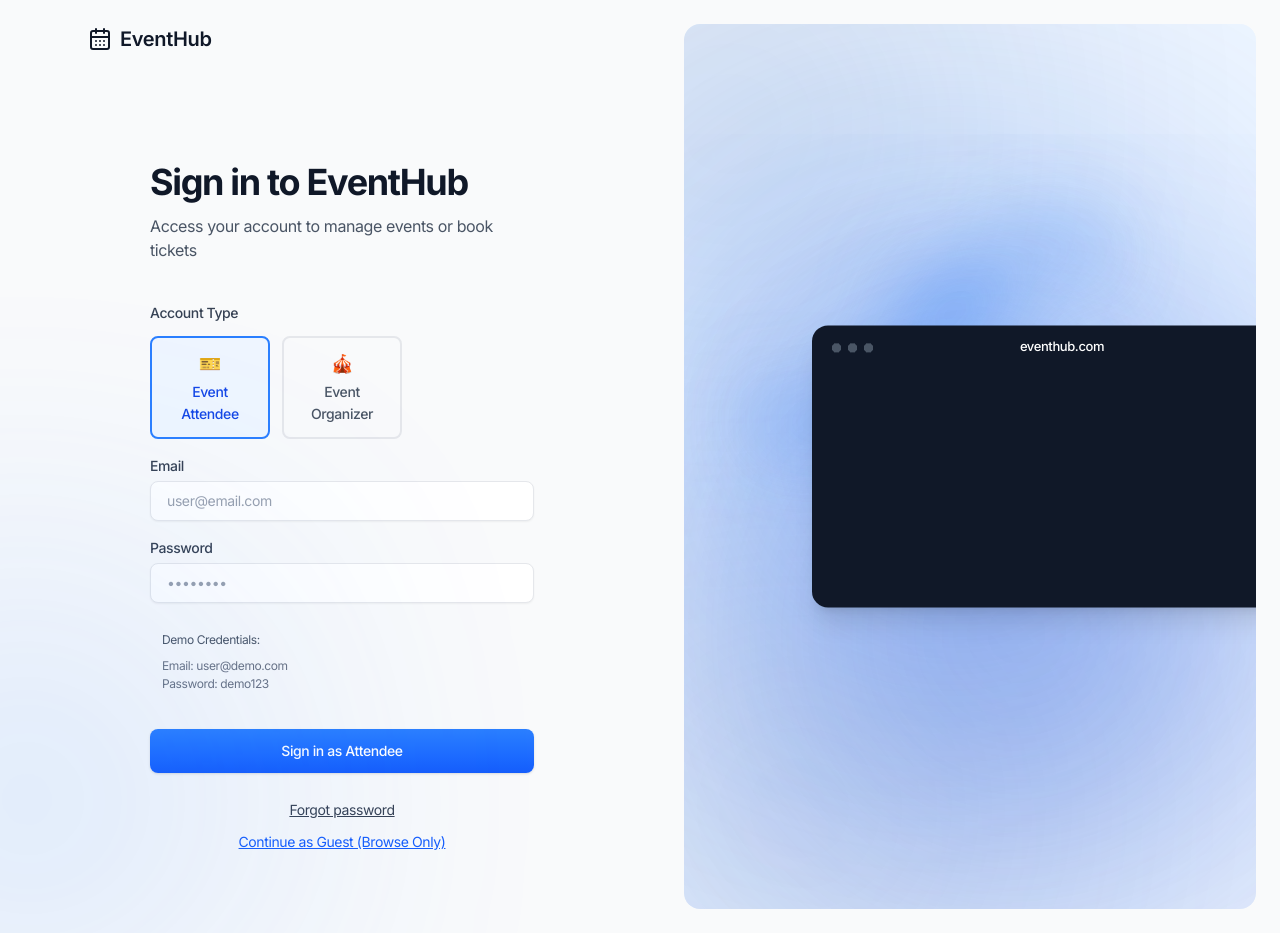
Repository: ghallymuhammad/eventhub-beta
Page: /signin
These files come from the project's save history. The page is drawn as it stood at one moment and after the next save; the edit follows.
The browser window is 1280 px wide. The pictures show the whole page.
The project was rebuilt for these pictures with package versions that can differ from the ones it lists, and the page was loaded fresh each time. The framework's server and built-in components were replaced by stand-ins that run in the browser. Also part of the build but not shown: next.config.js, components/ErrorBoundary.tsx.

Above is the page before, as saved 2025-10-07 13:41:54.

### app/layout.tsx
import "./css/style.css";

import { Inter } from "next/font/google";
import { Toaster } from "react-hot-toast";
import Providers from "@/components/providers/SessionProvider";
import ErrorBoundary from "@/components/ErrorBoundary";

const inter = Inter({
  subsets: ["latin"],
  variable: "--font-inter",
  display: "swap",
});

export const metadata = {
  title: "EventHub - Modern Event Management Platform",
  description: "Discover and book exciting events near you. EventHub offers seamless ticket purchasing, role-based access, and modern event management tools.",
};

export default function RootLayout({
  children,
}: {
  children: React.ReactNode;
}) {
  return (
    <html lang="en" className="scroll-smooth">
      <body
        className={`${inter.variable} bg-gray-50 font-inter tracking-tight text-gray-900 antialiased`}
      >
        <Providers>
          <ErrorBoundary>
            <div className="flex min-h-screen flex-col overflow-hidden supports-[overflow:clip]:overflow-clip">
              {children}
              <Toaster position="top-right" />
            </div>
          </ErrorBoundary>
        </Providers>
      </body>
    </html>
  );
}

### app/(auth)/layout.tsx
import Image from "next/image";
import Logo from "@/components/ui/logo";
import AuthBg from "@/public/images/auth-bg.svg";

export default function AuthLayout({
  children,
}: {
  children: React.ReactNode;
}) {
  return (
    <>
      <header className="absolute z-30 w-full">
        <div className="mx-auto max-w-6xl px-4 sm:px-6">
          <div className="flex h-16 items-center justify-between md:h-20">
            {/* Site branding */}
            <div className="mr-4 shrink-0">
              <Logo />
            </div>
          </div>
        </div>
      </header>

      <main className="relative flex grow">
        <div
          className="pointer-events-none absolute bottom-0 left-0 -translate-x-1/3"
          aria-hidden="true"
        >
          <div className="h-80 w-80 rounded-full bg-linear-to-tr from-blue-500 opacity-70 blur-[160px]"></div>
        </div>

        {/* Content */}
        <div className="w-full">
          <div className="flex h-full flex-col justify-center before:min-h-[4rem] before:flex-1 after:flex-1 md:before:min-h-[5rem]">
            <div className="px-4 sm:px-6">
              <div className="mx-auto w-full max-w-sm">
                <div className="py-16 md:py-20">{children}</div>
              </div>
            </div>
          </div>
        </div>

        <>
          {/* Right side */}
          <div className="relative my-6 mr-6 hidden w-[572px] shrink-0 overflow-hidden rounded-2xl lg:block">
            {/* Background */}
            <div
              className="pointer-events-none absolute left-1/2 top-1/2 -z-10 -ml-24 -translate-x-1/2 -translate-y-1/2 bg-blue-50"
              aria-hidden="true"
            >
              <Image
                src={AuthBg}
                className="max-w-none"
                width={1285}
                height={1684}
                alt="Auth bg"
              />
            </div>
            {/* Illustration */}
            <div className="absolute left-32 top-1/2 w-[500px] -translate-y-1/2">
              <div className="aspect-video w-full rounded-2xl bg-gray-900 px-5 py-3 shadow-xl transition duration-300">
                <div className="relative mb-8 flex items-center justify-between before:block before:h-[9px] before:w-[41px] before:bg-[length:16px_9px] before:[background-image:radial-gradient(circle_at_4.5px_4.5px,var(--color-gray-600)_4.5px,transparent_0)] after:w-[41px]">
                  <span className="text-[13px] font-medium text-white">
                    eventhub.com
                  </span>
                </div>
                <div className="font-mono text-sm text-gray-500 transition duration-300 [&_span]:opacity-0">
                  <span className="animate-[code-1_10s_infinite] text-gray-200">
                    npm login
                  </span>{" "}
                  <span className="animate-[code-2_10s_infinite]">
                    --registry=https://npm.pkg.github.com
                  </span>
                  <br />
                  <span className="animate-[code-3_10s_infinite]">
                    --scope=@phanatic
                  </span>{" "}
                  <span className="animate-[code-4_10s_infinite]">
                    Successfully logged-in.
                  </span>
                  <br />
                  <br />
                  <span className="animate-[code-5_10s_infinite] text-gray-200">
                    npm publish
                  </span>
                  <br />
                  <span className="animate-[code-6_10s_infinite]">
                    Package published.
                  </span>
                </div>
              </div>
            </div>
          </div>
        </>
      </main>
    </>
  );
}

### app/(auth)/signin/page.tsx
'use client';

import Link from "next/link";
import { useState } from "react";
import { useRouter } from "next/navigation";
import { signIn, getSession } from "next-auth/react";

export default function SignIn() {
  const [email, setEmail] = useState('');
  const [password, setPassword] = useState('');
  const [role, setRole] = useState('user'); // user, organizer
  const [isLoading, setIsLoading] = useState(false);
  const [error, setError] = useState('');
  const router = useRouter();

  const handleSubmit = async (e: React.FormEvent) => {
    e.preventDefault();
    setIsLoading(true);
    setError('');

    try {
      // For testing purposes, create a mock signin that works with our burger menu
      // In production, this would authenticate against the database
      if (email && password) {

        // Mock user data based on email for testing
        const mockUserData = {
          email,
          role: role.toUpperCase(), // Convert to match enum
          name: role === 'organizer' ? 'Music Events Indonesia' : 'Ahmad Rahman',
          id: '1'
        };

        // Store in session storage for mock session
        sessionStorage.setItem('mockUser', JSON.stringify(mockUserData));

        // For now, we'll use a simple redirect since the database isn't set up
        // Redirect based on role
        if (role === 'organizer') {
          router.push('/organizer');
        } else {
          router.push('/');
        }

        // Force page refresh to update session state
        window.location.reload();
      } else {
        setError('Please fill in all fields');
      }
    } catch (error) {
      console.error('Sign in error:', error);
      setError('Sign in failed. Please try again.');
    } finally {
      setIsLoading(false);
    }
  };

  return (
    <>
      <div className="mb-10">
        <h1 className="text-4xl font-bold">Sign in to EventHub</h1>
        <p className="text-gray-600 mt-2">
          Access your account to manage events or book tickets
        </p>
      </div>

      {/* Form */}
      <form onSubmit={handleSubmit}>
        <div className="space-y-4">
          {/* Role Selection */}
          <div>
            <label className="mb-3 block text-sm font-medium text-gray-700">
              Account Type
            </label>
            <div className="grid grid-cols-3 gap-3">
              <button
                type="button"
                onClick={() => setRole('user')}
                className={`p-3 text-sm font-medium rounded-lg border-2 transition-colors ${
                  role === 'user'
                    ? 'border-blue-500 bg-blue-50 text-blue-700'
                    : 'border-gray-200 text-gray-600 hover:border-gray-300'
                }`}
              >
                <div className="text-center">
                  <div className="text-lg mb-1">🎫</div>
                  <div>Event Attendee</div>
                </div>
              </button>
              <button
                type="button"
                onClick={() => setRole('organizer')}
                className={`p-3 text-sm font-medium rounded-lg border-2 transition-colors ${
                  role === 'organizer'
                    ? 'border-blue-500 bg-blue-50 text-blue-700'
                    : 'border-gray-200 text-gray-600 hover:border-gray-300'
                }`}
              >
                <div className="text-center">
                  <div className="text-lg mb-1">🎪</div>
                  <div>Event Organizer</div>
                </div>
              </button>
            </div>
          </div>

          <div>
            <label
              className="mb-1 block text-sm font-medium text-gray-700"
              htmlFor="email"
            >
              Email
            </label>
            <input
              className="form-input w-full py-2"
              id="email"
              type="email"
              value={email}
              onChange={(e) => setEmail(e.target.value)}
              placeholder={role === 'organizer' ? 'organizer@eventcompany.com' : 'user@email.com'}
              required
            />
          </div>
          <div>
            <label
              className="mb-1 block text-sm font-medium text-gray-700"
              htmlFor="password"
            >
              Password
            </label>
            <input
              className="form-input w-full py-2"
              id="password"
              type="password"
              value={password}
              onChange={(e) => setPassword(e.target.value)}
              autoComplete="current-password"
              placeholder="••••••••"
              required
            />
          </div>
        </div>

        {/* Demo Credentials */}
        <div className="mt-4 p-3 bg-gray-50 rounded-lg">
          <p className="text-xs text-gray-600 mb-2">Demo Credentials:</p>
          {role === 'user' ? (
            <div className="text-xs text-gray-500">
              <div>Email: user@demo.com</div>
              <div>Password: demo123</div>
            </div>
          ) : (
            <div className="text-xs text-gray-500">
              <div>Email: organizer@demo.com</div>
              <div>Password: admin123</div>
            </div>
          )}
        </div>

        {/* Error Message */}
        {error && (
          <div className="mt-4 p-3 bg-red-50 border border-red-200 rounded-lg">
            <p className="text-sm text-red-600">{error}</p>
          </div>
        )}

        <div className="mt-6">
          <button
            type="submit"
            disabled={isLoading}
            className="btn w-full bg-linear-to-t from-blue-600 to-blue-500 bg-[length:100%_100%] bg-[bottom] text-white shadow-sm hover:bg-[length:100%_150%] disabled:opacity-50 disabled:cursor-not-allowed"
          >
            {isLoading ? 'Signing in...' : `Sign in as ${role === 'organizer' ? 'Organizer' : 'Attendee'}`}
          </button>
        </div>
      </form>

      {/* Bottom links */}
      <div className="mt-6 text-center space-y-2">
        <div>
          <Link
            className="text-sm text-gray-700 underline hover:no-underline"
            href="/reset-password"
          >
            Forgot password
          </Link>
        </div>
        <div>
          <Link
            className="text-sm text-blue-600 underline hover:no-underline"
            href="/"
          >
            Continue as Guest (Browse Only)
          </Link>
        </div>
      </div>
    </>
  );
}

### app/css/style.css
@import 'tailwindcss';

/* Additional styles */
@import './additional-styles/utility-patterns.css' layer(components);
@import './additional-styles/theme.css';

/* Modern smooth animations */
@keyframes fadeInUp {
  from {
    opacity: 0;
    transform: translateY(30px);
  }
  to {
    opacity: 1;
    transform: translateY(0);
  }
}

@keyframes fadeIn {
  from {
    opacity: 0;
  }
  to {
    opacity: 1;
  }
}

@keyframes pulse-soft {
  0%, 100% {
    opacity: 0.3;
  }
  50% {
    opacity: 0.6;
  }
}

/* Smooth scrolling */
html {
  scroll-behavior: smooth;
}

/* Custom backdrop blur */
.backdrop-blur-xs {
  backdrop-filter: blur(2px);
}

/* Custom button animations */
.btn-hover-lift {
  transition: all 0.3s cubic-bezier(0.4, 0, 0.2, 1);
}

.btn-hover-lift:hover {
  transform: translateY(-2px);
  box-shadow: 0 10px 25px -3px rgba(0, 0, 0, 0.1), 0 4px 6px -2px rgba(0, 0, 0, 0.05);
}

@plugin "@tailwindcss/forms" {
  strategy: base;
}

@theme {
  --font-inter: Inter, sans-serif;
  --font-mono: Roboto Mono, monospace;

  --text-xs: 0.75rem;
  --text-xs--line-height: 1.5;
  --text-sm: 0.875rem;
  --text-sm--line-height: 1.5715;
  --text-base: 1rem;
  --text-base--line-height: 1.5;
  --text-base--letter-spacing: -0.017em;
  --text-lg: 1.125rem;
  --text-lg--line-height: 1.5;
  --text-lg--letter-spacing: -0.017em;
  --text-xl: 1.25rem;
  --text-xl--line-height: 1.5;
  --text-xl--letter-spacing: -0.017em;
  --text-2xl: 1.5rem;
  --text-2xl--line-height: 1.415;
  --text-2xl--letter-spacing: -0.037em;
  --text-3xl: 1.875rem;
  --text-3xl--line-height: 1.3333;
  --text-3xl--letter-spacing: -0.037em;
  --text-4xl: 2.25rem;
  --text-4xl--line-height: 1.2777;
  --text-4xl--letter-spacing: -0.037em;
  --text-5xl: 3rem;
  --text-5xl--line-height: 1;
  --text-5xl--letter-spacing: -0.037em;
  --text-6xl: 4rem;
  --text-6xl--line-height: 1;
  --text-6xl--letter-spacing: -0.037em;
  --text-7xl: 4.5rem;
  --text-7xl--line-height: 1;
  --text-7xl--letter-spacing: -0.037em;

  --animate-code-1: code-1;
  --animate-code-2: code-2;
  --animate-code-3: code-3;
  --animate-code-4: code-4;
  --animate-code-5: code-5;
  --animate-code-6: code-6;
  --animate-breath: breath;
  --animate-float: float;
  --animate-line: line;
  --animate-infinite-scroll: infinite-scroll;

  @keyframes code-1 {
    0% {
      opacity: 0;
    }
    2.5% {
      opacity: 1;
    }
    97.5% {
      opacity: 1;
    }
    100% {
      opacity: 0;
    }
  }
  @keyframes code-2 {
    16.2% {
      opacity: 0;
    }
    18.75% {
      opacity: 1;
    }
    97.5% {
      opacity: 1;
    }
    100% {
      opacity: 0;
    }
  }
  @keyframes code-3 {
    32.5% {
      opacity: 0;
    }
    35% {
      opacity: 1;
    }
    97.5% {
      opacity: 1;
    }
    100% {
      opacity: 0;
    }
  }
  @keyframes code-4 {
    48.75% {
      opacity: 0;
    }
    51.25% {
      opacity: 1;
    }
    97.5% {
      opacity: 1;
    }
    100% {
      opacity: 0;
    }
  }
  @keyframes code-5 {
    65% {
      opacity: 0;
    }
    72.5% {
      opacity: 1;
    }
    97.5% {
      opacity: 1;
    }
    100% {
      opacity: 0;
    }
  }
  @keyframes code-6 {
    81.25% {
      opacity: 0;
    }
    83.75% {
      opacity: 1;
    }
    97.5% {
      opacity: 1;
    }
    100% {
      opacity: 0;
    }
  }
  @keyframes breath {
    0%,
    100% {
      transform: scale(0.95);
    }
    50% {
      transform: scale(1.1);
    }
  }
  @keyframes float {
    0%,
    100% {
      transform: translateY(0);
    }
    50% {
      transform: translateY(-5%);
    }
  }
  @keyframes line {
    0%,
    100% {
      left: 0;
      opacity: 0;
    }
    50% {
      left: 100%;
      transform: translateX(-100%);
    }
    10%,
    40%,
    60%,
    90% {
      opacity: 0;
    }
    25%,
    75% {
      opacity: 1;
    }
  }
  @keyframes infinite-scroll {
    from {
      transform: translateX(0);
    }
    to {
      transform: translateX(-100%);
    }
  }
}

/*
  The default border color has changed to `currentColor` in Tailwind CSS v4,
  so we've added these compatibility styles to make sure everything still
  looks the same as it did with Tailwind CSS v3.

  If we ever want to remove these styles, we need to add an explicit border
  color utility to any element that depends on these defaults.
*/
@layer base {
  *,
  ::after,
  ::before,
  ::backdrop,
  ::file-selector-button {
    border-color: var(--color-gray-200, currentColor);
  }
}

### components/providers/SessionProvider.tsx
'use client';

import { SessionProvider } from 'next-auth/react';
import { ReactNode } from 'react';

interface Props {
  children: ReactNode;
}

export default function Providers({ children }: Props) {
  return (
    <SessionProvider>
      {children}
    </SessionProvider>
  );
}

### components/ui/logo.tsx
import Link from "next/link";

export default function Logo() {
  return (
    <Link href="/" className="inline-flex items-center space-x-2 group" aria-label="EventHub">
      <svg
        xmlns="http://www.w3.org/2000/svg"
        width="24"
        height="24"
        viewBox="0 0 24 24"
        fill="none"
        stroke="currentColor"
        strokeWidth="2"
        strokeLinecap="round"
        strokeLinejoin="round"
        className="text-gray-900 group-hover:text-blue-600 transition-colors duration-200"
      >
        <path d="M8 2v4"/>
        <path d="M16 2v4"/>
        <rect width="18" height="18" x="3" y="4" rx="2"/>
        <path d="M3 10h18"/>
        <path d="M8 14h.01"/>
        <path d="M12 14h.01"/>
        <path d="M16 14h.01"/>
        <path d="M8 18h.01"/>
        <path d="M12 18h.01"/>
        <path d="M16 18h.01"/>
      </svg>
      <span className="text-xl font-semibold text-gray-900 group-hover:text-blue-600 transition-colors duration-200">
        EventHub
      </span>
    </Link>
  );
}

### app/css/additional-styles/theme.css
/* Scrollspy links */
[data-scrollspy-link].scrollspy-active {
  @apply text-blue-500 font-medium;
}

/* Custom AOS animations */
[data-aos="zoom-y-out"] {
transform: scaleX(1.03);
opacity: 0;
transition-property: transform, opacity;
}

@media screen {
  html:not(.no-js) body [data-aos=fade-up] {
      -webkit-transform: translate3d(0, 10px, 0);
      transform: translate3d(0, 10px, 0);
  }

  html:not(.no-js) body [data-aos=fade-down] {
      -webkit-transform: translate3d(0, -10px, 0);
      transform: translate3d(0, -10px, 0);
  }

  html:not(.no-js) body [data-aos=fade-right] {
      -webkit-transform: translate3d(-10px, 0, 0);
      transform: translate3d(-10px, 0, 0);
  }

  html:not(.no-js) body [data-aos=fade-left] {
      -webkit-transform: translate3d(10px, 0, 0);
      transform: translate3d(10px, 0, 0);
  }

  html:not(.no-js) body [data-aos=fade-up-right] {
      -webkit-transform: translate3d(-10px, 10px, 0);
      transform: translate3d(-10px, 10px, 0);
  }

  html:not(.no-js) body [data-aos=fade-up-left] {
      -webkit-transform: translate3d(10px, 10px, 0);
      transform: translate3d(10px, 10px, 0);
  }

  html:not(.no-js) body [data-aos=fade-down-right] {
      -webkit-transform: translate3d(-10px, -10px, 0);
      transform: translate3d(-10px, -10px, 0);
  }

  html:not(.no-js) body [data-aos=fade-down-left] {
      -webkit-transform: translate3d(10px, -10px, 0);
      transform: translate3d(10px, -10px, 0);
  }

  html:not(.no-js) body [data-aos=zoom-in-up] {
      -webkit-transform: translate3d(0, 10px, 0) scale(.6);
      transform: translate3d(0, 10px, 0) scale(.6);
  }

  html:not(.no-js) body [data-aos=zoom-in-down] {
      -webkit-transform: translate3d(0, -10px, 0) scale(.6);
      transform: translate3d(0, -10px, 0) scale(.6);
  }

  html:not(.no-js) body [data-aos=zoom-in-right] {
      -webkit-transform: translate3d(-10px, 0, 0) scale(.6);
      transform: translate3d(-10px, 0, 0) scale(.6);
  }

  html:not(.no-js) body [data-aos=zoom-in-left] {
      -webkit-transform: translate3d(10px, 0, 0) scale(.6);
      transform: translate3d(10px, 0, 0) scale(.6);
  }

  html:not(.no-js) body [data-aos=zoom-out-up] {
      -webkit-transform: translate3d(0, 10px, 0) scale(1.2);
      transform: translate3d(0, 10px, 0) scale(1.2);
  }

  html:not(.no-js) body [data-aos=zoom-out-down] {
      -webkit-transform: translate3d(0, -10px, 0) scale(1.2);
      transform: translate3d(0, -10px, 0) scale(1.2);
  }

  html:not(.no-js) body [data-aos=zoom-out-right] {
      -webkit-transform: translate3d(-10px, 0, 0) scale(1.2);
      transform: translate3d(-10px, 0, 0) scale(1.2);
  }

  html:not(.no-js) body [data-aos=zoom-out-left] {
      -webkit-transform: translate3d(10px, 0, 0) scale(1.2);
      transform: translate3d(10px, 0, 0) scale(1.2);
  }
}

Loaded but not shown: app/css/additional-styles/utility-patterns.css (371 lines, source omitted)

After the next save:
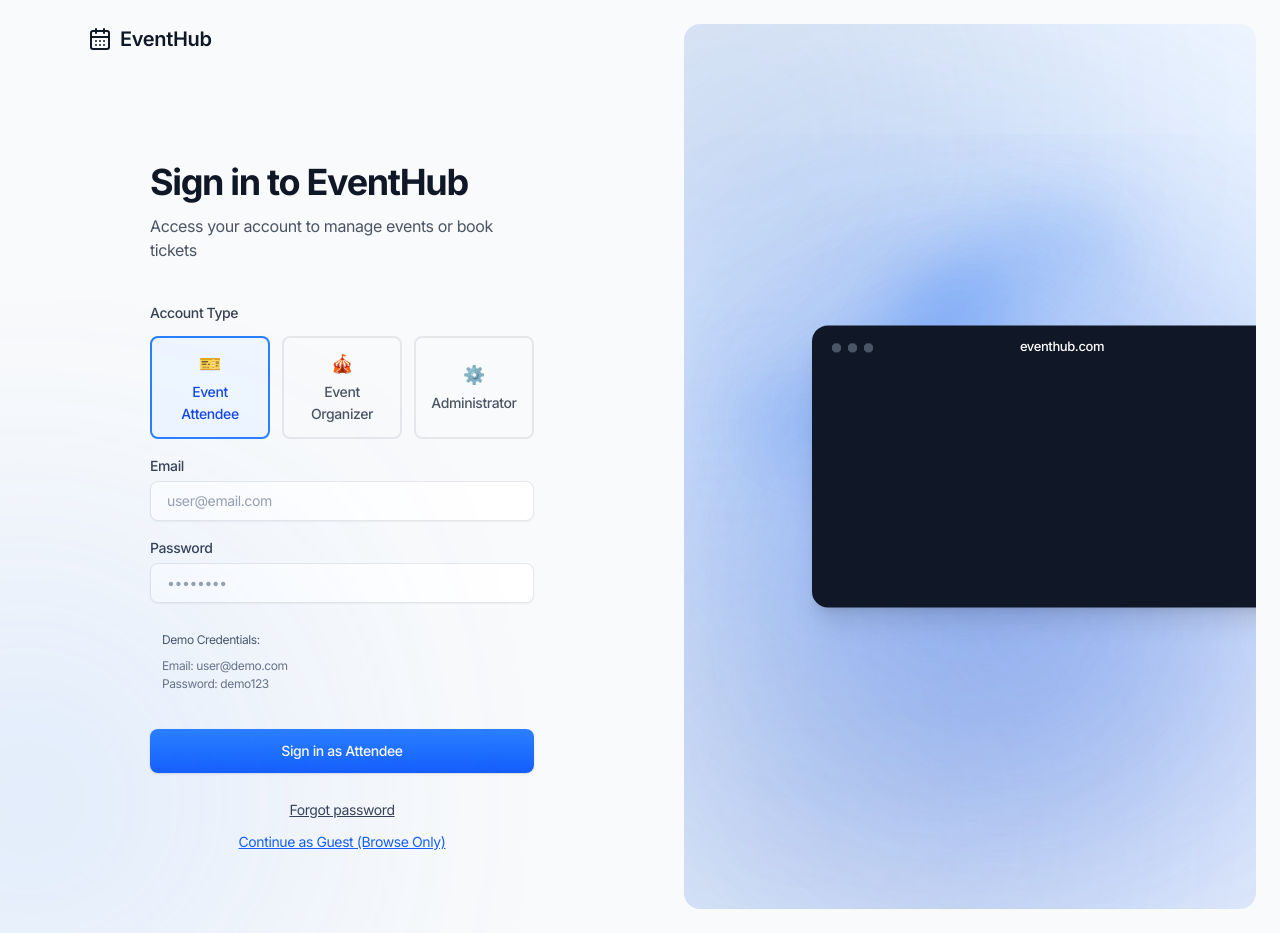
Saved 13 s later.
--- a/app/(auth)/signin/page.tsx
+++ b/app/(auth)/signin/page.tsx
@@ -101,6 +101,20 @@ export default function SignIn() {
                   <div>Event Organizer</div>
                 </div>
               </button>
+              <button
+                type="button"
+                onClick={() => setRole('admin')}
+                className={`p-3 text-sm font-medium rounded-lg border-2 transition-colors ${
+                  role === 'admin'
+                    ? 'border-blue-500 bg-blue-50 text-blue-700'
+                    : 'border-gray-200 text-gray-600 hover:border-gray-300'
+                }`}
+              >
+                <div className="text-center">
+                  <div className="text-lg mb-1">⚙️</div>
+                  <div>Administrator</div>
+                </div>
+              </button>
             </div>
           </div>
 
